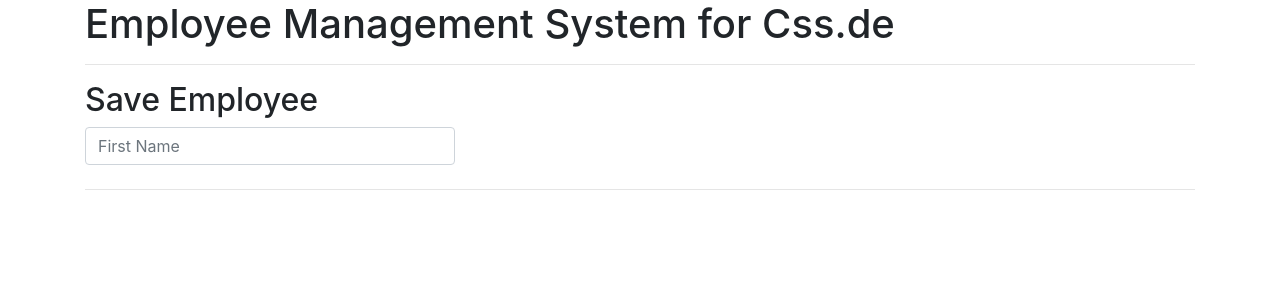
Repository: Len2/Topic4
Page: src/main/resources/templates/newIdCard.html
An editor plug-in stored every save of this project. The page is shown before and after the next save, followed by the edit.
The browser window is 1280 px wide. The pictures show the whole page.

Above is the page before, as saved 2020-09-06 17:11:36.

After the next save:
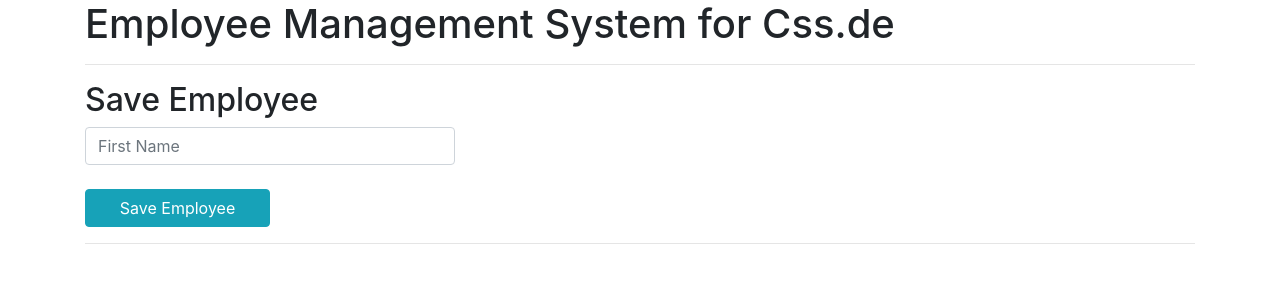
Saved 11 s later.
--- a/src/main/resources/templates/newIdCard.html
+++ b/src/main/resources/templates/newIdCard.html
@@ -27,7 +27,7 @@
 				<input type="text" th:field="*{email}"
 				placeholder="Employee Email" class="form-control mb-4 col-4">
 				 -->
-				<!-- <button type="submit" class="btn btn-info col-2"> Save Employee</button> -->
+				<button type="submit" class="btn btn-info col-2"> Save Employee</button>
 		</form>
 
 		<hr>
